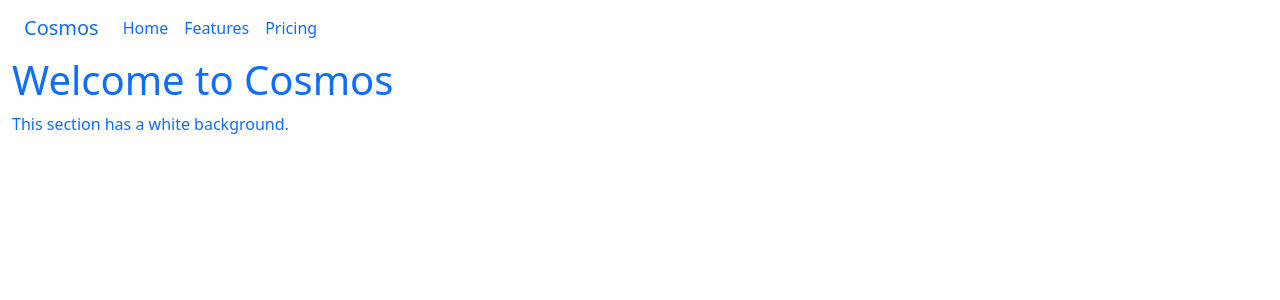
Repository: Dayvid0/BOOTSTRAP-TUTORIALS
Page: cosmos.example.html
The author's editor kept a copy of each file at every save. The page is drawn from the files as they stood at one save, then again after the next save.
The browser window is 1280 px wide. The pictures show the whole page.

Above is the page before, as saved 2025-01-28 17:38:24.

After the next save:
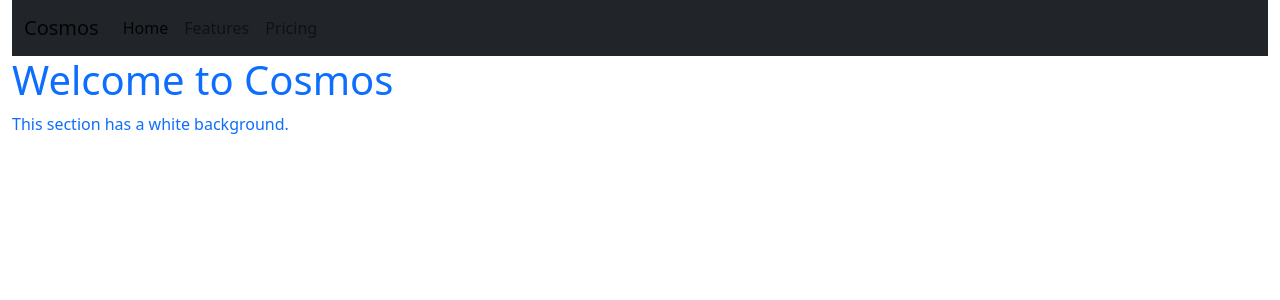
Saved 2 min 17 s later.
--- a/cosmos.example.html
+++ b/cosmos.example.html
@@ -9,15 +9,15 @@
     <title>Cosmos-Example!</title>
   </head>
   <body>
-    <div class="container-fluid bg-white ">
+    <div class="container-fluid bg-white">
       <!-- Navbar (with content)-->
-      <nav class="navbar navbar-expand-lg navbar-white">
+      <nav class="navbar navbar-expand-lg navbar-light bg-dark">
         <div class="container-fluid text-primary">
           <a class="navbar-brand" href="#">Cosmos</a>
           <button class="navbar-toggler" type="button" data-bs-toggle="collapse" data-bs-target="#navbarNav" aria-controls="navbarNav" aria-expanded="false" aria-label="Toggle navigation">
             <span class="navbar-toggler-icon"></span>
           </button>
-          <div class="collapse navbar-collapse text-primary id="navbarNav">
+          <div class="collapse navbar-collapse" id="navbarNav"> <!-- Fixed this line -->
             <ul class="navbar-nav">
               <li class="nav-item">
                 <a class="nav-link active" aria-current="page" href="#">Home</a>
@@ -25,7 +25,7 @@
               <li class="nav-item">
                 <a class="nav-link" href="#">Features</a>
               </li>
-              <li class="nav-item text-primary">
+              <li class="nav-item">
                 <a class="nav-link" href="#">Pricing</a>
               </li>
             </ul>
@@ -34,7 +34,7 @@
       </nav>
     </div>
     <div class="container-fluid">
-      <div class="row bg-white text-primary" >
+      <div class="row bg-white text-primary">
         <div class="col">
           <h1>Welcome to Cosmos</h1>
           <p>This section has a white background.</p>
